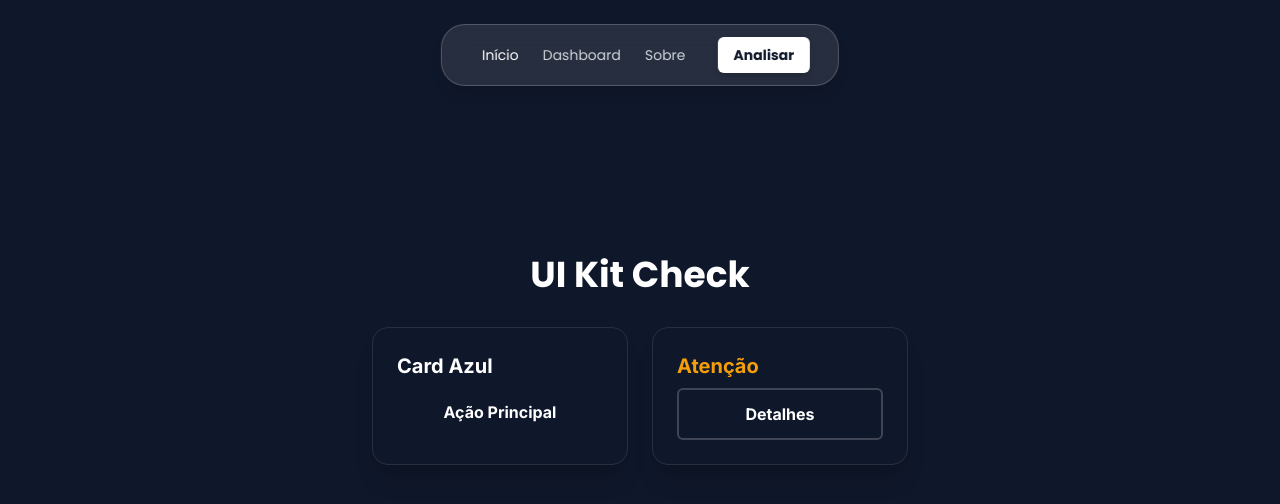
Repository: Hackaton-ONE/hackathon-Frontend
Page: /
An editor plug-in stored every save of this project. The page is shown before and after the next save, followed by the edit.
The browser window is 1280 px wide. The pictures show the whole page.
The project was rebuilt for these pictures with package versions that can differ from the ones it lists, and the page was loaded fresh each time. The framework's server and built-in components were replaced by stand-ins that run in the browser. Also part of the build but not shown: next.config.ts.

Above is the page before, as saved 2026-01-01 14:49:32.

### app/layout.tsx
import type { Metadata } from "next";
import { Inter, Poppins } from "next/font/google"; // 1. Importar Poppins
import "./globals.css";
import { Navbar } from "@/components/Navbar";

// 2. Configurar Inter
const inter = Inter({
  subsets: ["latin"],
  variable: "--font-inter",
});

// 3. Configurar Poppins (Pesos comuns: 400, 600, 700)
const poppins = Poppins({
  weight: ['400', '600', '700'],
  subsets: ["latin"],
  variable: "--font-poppins",
});

export const metadata: Metadata = {
  title: "MoodMatrix",
  description: "Análise de sentimentos com IA",
};

export default function RootLayout({
  children,
}: Readonly<{

  children: React.ReactNode;
}>) {
  return (
    <html lang="pt-br">
      {/* 4. Adicionar ambas as variáveis no body */}
      <body className={`${inter.variable} ${poppins.variable} bg-mood-dark text-white font-sans antialiased`}>
        <Navbar />
        {children}
      </body>
    </html>
  );
}

### app/page.tsx
import { Button } from "@/components/Button";
import { GlassCard } from "@/components/GlassCard";

export default function Home() {
  return (
    <main className="flex min-h-screen flex-col items-center justify-center p-10 gap-8 bg-mood-dark">

      <h1 className="text-4xl font-poppins font-bold text-white bg-clip-text bg-gradient-to-r from-blue-DEFAULT to-neon-green">
        UI Kit Check
      </h1>

      <div className="grid grid-cols-1 md:grid-cols-2 gap-6">
        {/* Teste Card Azul */}
        <GlassCard gradient="blue" className="p-6 w-64 border-blue-DEFAULT/30">
          <h2 className="text-xl font-bold mb-2">Card Azul</h2>
          <Button variant="primary" className="w-full">Ação Principal</Button>
        </GlassCard>

        {/* Teste Card Laranja (Aviso) */}
        <GlassCard gradient="orange" className="p-6 w-64 border-neon-orange/30">
          <h2 className="text-xl font-bold mb-2 text-neon-orange">Atenção</h2>
          <Button variant="outline" className="w-full">Detalhes</Button>
        </GlassCard>
      </div>

    </main>
  );
}

### app/globals.css
@tailwind base;
@tailwind components;
@tailwind utilities;

/* Define o fundo padrão do site inteiro e a cor do texto */
body {
  background-color: #0F172A; /* mood.dark */
  color: #ffffff;
  min-height: 100vh;
}

/* Utilitário para o efeito de Vidro (Glassmorphism) */
.glass {
  background: rgba(30, 41, 59, 0.4); /* mood.gray com transparência */
  backdrop-filter: blur(12px);
  -webkit-backdrop-filter: blur(12px);
  border: 1px solid rgba(255, 255, 255, 0.1);
}

### components/Navbar.tsx
"use client";

import Link from "next/link";
import { usePathname } from "next/navigation";

export function Navbar() {
  const pathname = usePathname(); // Útil se quiser destacar o link ativo depois

  return (
    // Container que centraliza a navbar no topo da tela
    <nav className="fixed top-6 left-1/2 -translate-x-1/2 z-50 w-max">

      {/* A "Pílula" (Floating Navbar) */}
      <div className="
        flex items-center gap-8
        pl-10 pr-7 py-3        /* Espaçamento interno (padding) */
        rounded-3xl          /* Formato de pílula */
        bg-white/10           /* Cor do fundo (10% branco) */
        backdrop-blur-md      /* Efeito de vidro */
        border border-white/20 /* Borda sutil (20% branco) */
        shadow-lg shadow-black/10
      ">

        {/* Links de Navegação */}
        <div className="flex items-center gap-6 font-poppins font-medium text-sm">
          <Link
            href="/"
            className="text-white hover:text-blue-light transition-colors"
          >
            Início
          </Link>
          <Link
            href="/dashboard"
            className="text-gray-300 hover:text-white transition-colors"
          >
            Dashboard
          </Link>
          <Link
            href="#sobre"
            className="text-gray-300 hover:text-white transition-colors"
          >
            Sobre
          </Link>
        </div>

        {/* Botão Analisar (Estilo Branco da Imagem) */}
        <Link href="/analisar">
          <button className="
            bg-white text-mood-dark
            hover:bg-neon-orange
            font-poppins font-bold text-sm
            px-4 py-2
            rounded-md
            transition-all duration-200
            shadow-md
          ">
            Analisar
          </button>
        </Link>

      </div>
    </nav>
  );
}

### components/Button.tsx
import React from "react";

interface ButtonProps extends React.ButtonHTMLAttributes<HTMLButtonElement> {
  variant?: "primary" | "outline" | "ghost";
  children: React.ReactNode;
}

export function Button({ variant = "primary", className = "", children, ...props }: ButtonProps) {

  const baseStyles = "px-6 py-3 rounded-md font-bold transition-all duration-200 flex items-center justify-center gap-2 active:scale-[0.98]";

  const variants = {
    primary: "text-white active:translate-y-1",

    // Outline (Borda simples)
    outline: "bg-transparent border-2 border-white/20 text-white hover:bg-white/5 hover:border-white/40",

    // Ghost (Transparente)
    ghost:   "bg-transparent text-gray-400 hover:text-white hover:bg-white/5",
  };

  return (
    <button
      className={`${baseStyles} ${variants[variant]} ${className}`}
      {...props}
    >
      {children}
    </button>
  );
}

### components/GlassCard.tsx
import React from "react";

interface GlassCardProps {
  children: React.ReactNode;
  className?: string;
  gradient?: "blue" | "green" | "red" | "orange" | "none";
}

export function GlassCard({ children, className = "", gradient = "none" }: GlassCardProps) {

  const gradientBg = {
    none: "bg-white/5", // Base neutra mais sutil
    blue: "bg-card-blue",
    green: "bg-card-green",
    red: "bg-card-red",
    orange: "bg-card-orange",
  };

  return (
    <div className={`relative overflow-hidden rounded-2xl border border-white/10 shadow-xl ${className}`}>
      {/* CAMADA DO VIDRO (Fundo + Blur)
        Fica posicionada absolutamente atrás do conteúdo.
      */}
      <div
        className={`
          absolute inset-0
          backdrop-blur-xl
          ${gradientBg[gradient]}
          -z-10 /* Garante que fique atrás do conteúdo */
        `}
        aria-hidden="true"
      />

      {/* CONTEÚDO (Texto, Botões)
        Fica na frente, sem nenhum blur aplicado diretamente nele.
      */}
      <div className="relative z-10 h-full">
        {children}
      </div>
    </div>
  );
}

### tailwind.config.ts
/** @type {import('tailwindcss').Config} */
const config = {
  // Configuração de onde o Tailwind procura as classes
  content: [
    "./app/**/*.{js,ts,jsx,tsx,mdx}",
    "./pages/**/*.{js,ts,jsx,tsx,mdx}",
    "./components/**/*.{js,ts,jsx,tsx,mdx}",
    "./src/app/**/*.{js,ts,jsx,tsx,mdx}",
    "./src/pages/**/*.{js,ts,jsx,tsx,mdx}",
    "./src/components/**/*.{js,ts,jsx,tsx,mdx}",
  ],
  theme: {
    extend: {
      colors: {
        white: "#FFFFFF",
        mood: {
          dark: "#0F172A", // Fundo Azul Escuro
          nav: "#FFFFFF",  // Base para Navbar
        },
        blue: {
          light: "#60A5FA",   // Azul Claro
          default: "#2563EB", // Azul Padrão
          dark: "#1E3A8A",    // Azul Escuro
        },
        neon: {
          green: "#10B981",
          red: "#B91C1C",
          orange: "#F59E0B",
        },
      },
      fontFamily: {
        sans: ['var(--font-inter)', 'sans-serif'],
        poppins: ['var(--font-poppins)', 'sans-serif'],
      },
      backgroundImage: {
        // Gradientes de Seta e Barra de Progresso
        'gradient-pos': 'linear-gradient(to right, #2563EB, #10B981)',
        'gradient-neg': 'linear-gradient(to right, #B91C1C, #F59E0B)',

        // Gradientes Sutis para os Cards (Glassmorphism)
        'card-blue': 'linear-gradient(180deg, rgba(255, 255, 255, 0) 0%, rgba(96, 165, 250, 0.05) 100%)',
        'card-green': 'linear-gradient(180deg, rgba(255, 255, 255, 0) 0%, rgba(16, 185, 129, 0.05) 100%)',
        'card-red': 'linear-gradient(180deg, rgba(255, 255, 255, 0) 0%, rgba(185, 28, 28, 0.05) 100%)',
        'card-orange': 'linear-gradient(180deg, rgba(255, 255, 255, 0) 0%, rgba(245, 158, 11, 0.05) 100%)', // NOVO
      }
    },
  },
  plugins: [],
};

export default config;

After the next save:
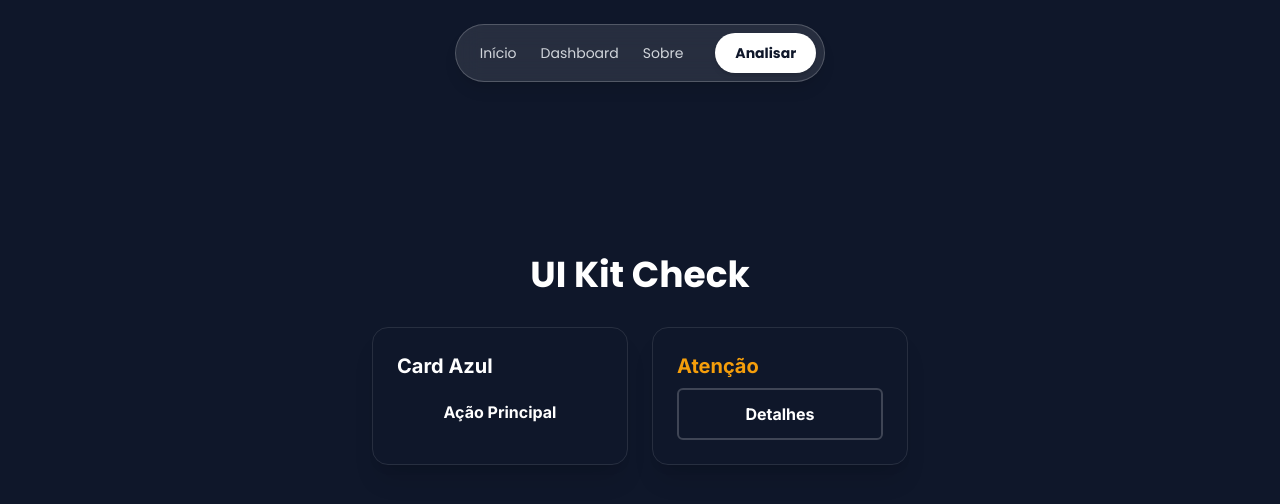
Saved 4 min 36 s later.
--- a/components/Navbar.tsx
+++ b/components/Navbar.tsx
@@ -1,64 +1,97 @@
 "use client";
 
 import Link from "next/link";
-import { usePathname } from "next/navigation";
+import { useState } from "react";
+import { Menu, X } from "lucide-react"; // Precisa dos ícones para o mobile
 
 export function Navbar() {
-  const pathname = usePathname(); // Útil se quiser destacar o link ativo depois
+  const [isOpen, setIsOpen] = useState(false);
+
+  // Componente auxiliar para o Link com a animação de sublinhado
+  const NavLink = ({ href, children }: { href: string; children: React.ReactNode }) => (
+    <Link
+      href={href}
+      className="relative group text-gray-300 hover:text-white transition-colors font-medium text-sm"
+    >
+      {children}
+      {/* A linha azul mágica 👇 */}
+      <span className="
+        absolute -bottom-1 left-0
+        w-0 h-[2px]
+        bg-blue-DEFAULT
+        transition-all duration-300 ease-out
+        group-hover:w-full
+      " />
+    </Link>
+  );
 
   return (
-    // Container que centraliza a navbar no topo da tela
-    <nav className="fixed top-6 left-1/2 -translate-x-1/2 z-50 w-max">
+    <div className="fixed top-6 left-0 w-full flex justify-center z-50">
 
-      {/* A "Pílula" (Floating Navbar) */}
-      <div className="
-        flex items-center gap-8
-        pl-10 pr-7 py-3        /* Espaçamento interno (padding) */
-        rounded-3xl          /* Formato de pílula */
-        bg-white/10           /* Cor do fundo (10% branco) */
-        backdrop-blur-md      /* Efeito de vidro */
-        border border-white/20 /* Borda sutil (20% branco) */
+      {/* Container Principal (A Pílula) */}
+      <nav className="
+        relative
+        flex items-center justify-between
+        gap-8
+        pl-6 pr-2 py-2
+        rounded-full
+        bg-white/10
+        backdrop-blur-md
+        border border-white/20
         shadow-lg shadow-black/10
       ">
 
-        {/* Links de Navegação */}
-        <div className="flex items-center gap-6 font-poppins font-medium text-sm">
-          <Link
-            href="/"
-            className="text-white hover:text-blue-light transition-colors"
-          >
-            Início
-          </Link>
-          <Link
-            href="/dashboard"
-            className="text-gray-300 hover:text-white transition-colors"
-          >
-            Dashboard
-          </Link>
-          <Link
-            href="#sobre"
-            className="text-gray-300 hover:text-white transition-colors"
-          >
-            Sobre
-          </Link>
+        {/* === DESKTOP MENU (Escondido no Mobile) === */}
+        <div className="hidden md:flex items-center gap-6 font-poppins">
+          <NavLink href="/">Início</NavLink>
+          <NavLink href="/dashboard">Dashboard</NavLink>
+          <NavLink href="#sobre">Sobre</NavLink>
         </div>
 
-        {/* Botão Analisar (Estilo Branco da Imagem) */}
+        {/* === MOBILE TOGGLE (Escondido no Desktop) === */}
+        <div className="md:hidden flex items-center pr-4">
+          <button
+            onClick={() => setIsOpen(!isOpen)}
+            className="text-white hover:text-blue-light transition"
+          >
+            {isOpen ? <X size={24} /> : <Menu size={24} />}
+          </button>
+        </div>
+
+        {/* === BOTÃO DE AÇÃO (Sempre visível) === */}
         <Link href="/analisar">
           <button className="
             bg-white text-mood-dark
-            hover:bg-neon-orange
+            hover:bg-gray-200
             font-poppins font-bold text-sm
-            px-4 py-2
-            rounded-md
+            px-5 py-2.5
+            rounded-full
             transition-all duration-200
             shadow-md
           ">
             Analisar
           </button>
         </Link>
+      </nav>
 
-      </div>
-    </nav>
+      {/* === MENU MOBILE DROPDOWN (Aparece embaixo da pílula) === */}
+      {isOpen && (
+        <div className="
+          absolute top-20
+          w-[90%] max-w-sm
+          bg-mood-dark/95 backdrop-blur-xl
+          border border-white/10
+          rounded-2xl
+          p-4
+          flex flex-col gap-4
+          shadow-2xl
+          animate-in fade-in slide-in-from-top-5
+        ">
+          <Link href="/" onClick={() => setIsOpen(false)} className="text-gray-300 hover:text-white p-2 hover:bg-white/5 rounded-lg transition">Início</Link>
+          <Link href="/dashboard" onClick={() => setIsOpen(false)} className="text-gray-300 hover:text-white p-2 hover:bg-white/5 rounded-lg transition">Dashboard</Link>
+          <Link href="#sobre" onClick={() => setIsOpen(false)} className="text-gray-300 hover:text-white p-2 hover:bg-white/5 rounded-lg transition">Sobre</Link>
+        </div>
+      )}
+    </div>
   );
 }
